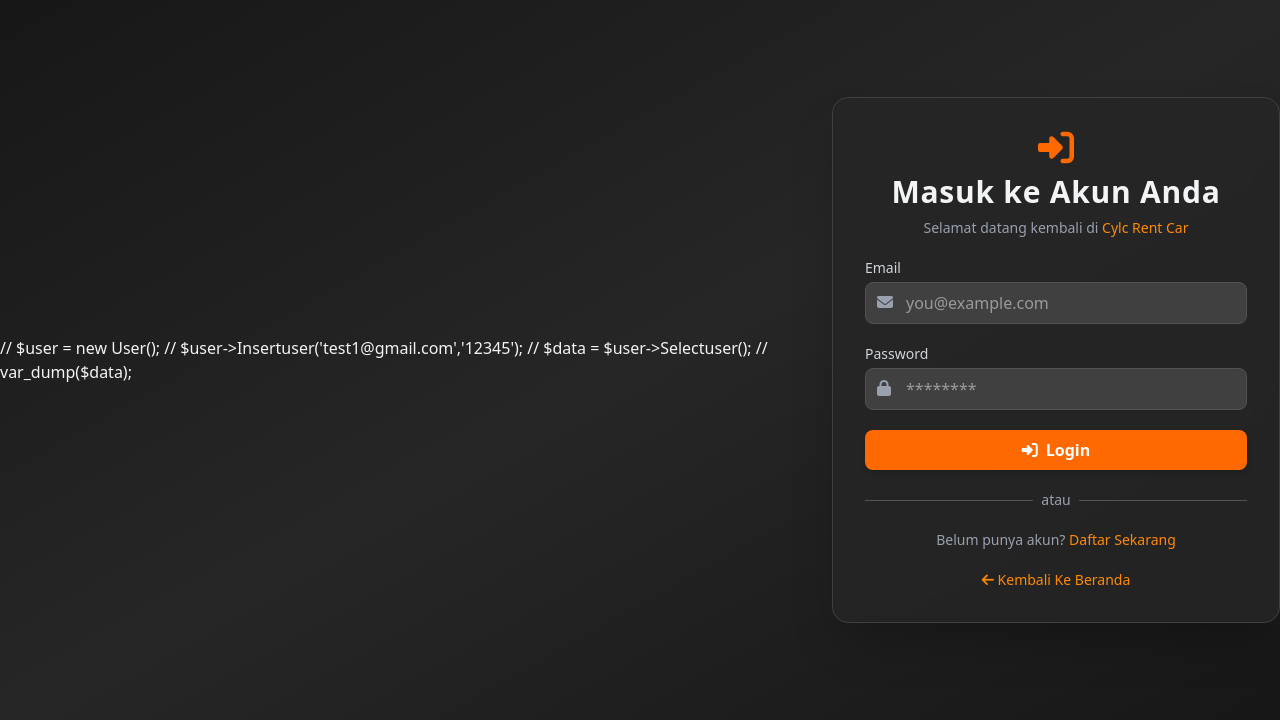
Repository: Fadlan079/FinalProject-RentalMobil
Page: http://localhost/index.php?action=login
An editor plug-in stored every save of this project. The page is shown before and after the next save, followed by the edit.
The browser window is 1280 px wide. The pictures show the whole page.
Some web libraries are served in a nearby version. The page is run by PHP 8.4 with error messages shown; the project is at /var/www/html/. Style sheets and scripts are compiled from the project's sources, by tool versions that may differ from the author's.

Above is the page before, as saved 2025-11-12 22:01:00.

### Public/index.php
<?php
require_once __DIR__ . '/../App/Controllers/auth-controller.php';
require_once __DIR__ . '/../App/Controllers/pelanggan-controller.php';
require_once __DIR__ . '/../App/Controllers/pegawai-controller.php';

$Authcontroller = new AUTHController;
$Pelanggancontroller = new PELANGGANController;
$Pegawaicontroller = new PEGAWAIController;

$action = $_GET['action'] ?? 'index';
$id = $_GET['id'] ?? null;

switch ($action) {

    // AUTHENTICATION
    case 'login':
        $Authcontroller->showlogin();
        break;
    case 'storelogin':
        $Authcontroller->login();
        break;
    case 'signup':
        $Authcontroller->showsignup();
        break;
    case 'storesignup':
        $Authcontroller->signup();
        break;
    case 'logout':
        $Authcontroller->logout();
        break;

    // PELANGGAN
    case 'index':
        $Pelanggancontroller->index();
        break;
    case 'store-profile-pelanggan':
        $Pelanggancontroller->Storeprofile();
        break;
    case 'detail-mobil':
        $Pelanggancontroller->detailmobil($id);
        break;
    case 'store-transaksi':
        $Pelanggancontroller->Storetransaksi();
        break;
    case 'buat-transaksi':
        $Pelanggancontroller->buatTransaksi();
        break;
    case 'riwayat-transaksi':
        $Pelanggancontroller->riwayatTransaksi();
        break;

    //PEGAWAI
    case 'profilePegawai':
    $Pegawaicontroller->showProfile();
    break;

    case 'store-Profile-Pegawai':
        $Pegawaicontroller->storeProfile();
        break;

    case 'dashboardPegawai':
        $Pegawaicontroller->dashboard();
        break;

    case 'listPegawai':
        $Pegawaicontroller->listPegawai();
        break;

    case 'createPegawai':
        $Pegawaicontroller->createPegawai();
        break;

    case 'storePegawai':
        $Pegawaicontroller->storePegawai();
        break;

    case 'editPegawai':
        $Pegawaicontroller->editPegawai();
        break;

    case 'updatePegawai':
        $Pegawaicontroller->updatePegawai();
        break;

    case 'deletePegawai':
        $Pegawaicontroller->deletePegawai();
        break;

        // 404 Not Found
        default:
            http_response_code(404);
            include __DIR__ . '/../App/Views/errors/404.php';
            break;
    }
?>

### App/Models/user.php
<?php
require_once __DIR__ . '/../../Config/Database.php';

class User{
    private $pdo;

    public function __construct(){
        $db = new Database();
        $this->pdo = $db->getConnection();
    }

    public function Insertuser($email,$password,$jk,$role=Null){
        try{
            $hash = Password_hash($password,PASSWORD_DEFAULT);
            if ($role) {
                $sql = "INSERT INTO user (email, password,jk, role) VALUES (:email, :password,:jk, :role)";
                $stmt = $this->pdo->prepare($sql);
                $stmt->bindParam(':role', $role);
            } else {
                $sql = "INSERT INTO user (email, password,jk) VALUES (:email, :password,:jk)";
                $stmt = $this->pdo->prepare($sql);
            }
            $stmt->bindParam(':email',$email);
            $stmt->bindParam(':password',$hash);
            $stmt->bindParam(':jk',$jk);
            return $stmt->execute();
        }catch(PDOException $e){
            die('Gagal Menambahkan Data :' .  $e->getMessage());
        }
    }

    public function Selectuser(){
        try{
            $sql = "SELECT * FROM user";
            $stmt = $this->pdo->query($sql);
            return $stmt->fetchAll(PDO::FETCH_ASSOC);
        }catch(PDOException $e){
            die('Gagal Menampilkan Data :' .  $e->getMessage());
        }
    }

    public function getuserbyemail($email){
        try{
            $sql = "SELECT * FROM user WHERE email = :email";
            $stmt = $this->pdo->prepare($sql);
            $stmt->execute(['email' => $email]);
            return $stmt->fetch(PDO::FETCH_ASSOC);
        }catch(PDOException $e){
            die('Gagal Menampilkan Data :' .  $e->getMessage());
        }
    }

    public function updateUser($id, $email, $password = null, $jk, $role = null) {
    try {
        // Update dengan password baru (jika diisi)
        if ($password) {
            $hash = password_hash($password, PASSWORD_DEFAULT);
            $sql = "UPDATE user
                    SET email = :email, password = :password, jk = :jk, role = :role
                    WHERE id = :id";
            $stmt = $this->pdo->prepare($sql);
            $stmt->bindParam(':password', $hash);
        } else {
            // Jika password tidak diubah
            $sql = "UPDATE user
                    SET email = :email, jk = :jk, role = :role
                    WHERE id = :id";
            $stmt = $this->pdo->prepare($sql);
        }

        $stmt->bindParam(':email', $email);
        $stmt->bindParam(':jk', $jk);
        $stmt->bindParam(':role', $role);
        $stmt->bindParam(':id', $id, PDO::PARAM_INT);

        return $stmt->execute();
    } catch (PDOException $e) {
        die('Gagal Mengupdate Data: ' . $e->getMessage());
    }
}

public function deleteUser($id) {
    try {
        $sql = "DELETE FROM user WHERE id = :id";
        $stmt = $this->pdo->prepare($sql);
        $stmt->bindParam(':id', $id, PDO::PARAM_INT);
        return $stmt->execute();
    } catch (PDOException $e) {
        die('Gagal Menghapus Data: ' . $e->getMessage());
    }
}
}


?>
// $user = new User();
// $user->Insertuser('test1@gmail.com','12345');
// $data = $user->Selectuser();
// var_dump($data);

### Config/Database.php
<?php
class Database {
    public $host = "localhost";
    private $db   = "fp_rentalmobil";
    private $user = "root";
    private $pass = "";
    private $pdo;

    public function __construct() {
        try {
            $dsn = "mysql:host={$this->host};dbname={$this->db}";
            $this->pdo = new PDO($dsn, $this->user, $this->pass);
            $this->pdo->setAttribute(PDO::ATTR_ERRMODE, PDO::ERRMODE_EXCEPTION);
        } catch(PDOException $e) {
            die("Koneksi gagal: " . $e->getMessage());
        }
    }
      public function getConnection() {
        return $this->pdo;
    }
}
?>

### App/Models/pelanggan.php
<?php
require_once __DIR__ . '/../../Config/Database.php';

class Pelanggan{
    private $pdo;

    public function __construct(){
        $db = new Database();
        $this->pdo = $db->getConnection();
    }

    public function Insertpelanggan($id_user,$nama,$nik,$alamat,$kelurahan,$kecamatan,$kota,$kp,$telp,$bio,$pp){
        try{
            $sql = "INSERT INTO pelanggan(id_user,nama,nik,alamat,kelurahan,kecamatan,kota,kp,telp,bio,pp) VALUES(:id_user,:nama,:nik,:alamat,:kelurahan,:kecamatan,:kota,:kp,:telp,:bio,:pp)";
            $stmt = $this->pdo->prepare($sql);
            $stmt->bindParam(':id_user',$id_user);
            $stmt->bindParam(':nama',$nama);
            $stmt->bindParam(':nik',$nik);
            $stmt->bindParam(':alamat',$alamat);
            $stmt->bindParam(':kelurahan',$kelurahan);
            $stmt->bindParam(':kecamatan',$kecamatan);
            $stmt->bindParam(':kota',$kota);
            $stmt->bindParam(':kp',$kp);
            $stmt->bindParam(':telp',$telp);
            $stmt->bindParam(':bio',$bio);
            $stmt->bindParam(':pp',$pp);
            return $stmt->execute();
        }catch(PDOException $e){
            die('Gagal Menambahkan Data :' .  $e->getMessage());
        }
    }

    public function Selectpelanggan(){
        try{
            $sql = "SELECT * FROM pelanggan";
            $stmt = $this->pdo->query($sql);
            return $stmt->fetchAll(PDO::FETCH_ASSOC);
        }catch(PDOException $e){
            die('Gagal Menampilkan Data :' .  $e->getMessage());
        }
    }

    public function getpelangganbyiduser($id_user){
        try{
            $sql = "SELECT * FROM pelanggan WHERE id_user = :id_user";
            $stmt = $this->pdo->prepare($sql);
            $stmt->execute(['id_user'=>$id_user]);
            return $stmt->fetch(PDO::FETCH_ASSOC);
        }catch(PDOException $e){
            die('Gagal Menampilkan Data Dengan ID User :' .  $e->getMessage());
        }
    }

    public function Updatepelanggan($id_user,$nama,$nik,$alamat,$kelurahan,$kecamatan,$kota,$kp,$telp,$bio,$pp){
        try{
            $sql = "UPDATE pelanggan SET nama=:nama,nik=:nik,alamat=:alamat,kelurahan=:kelurahan,kecamatan=:kecamatan,kota=:kota,kp=:kp,telp=:telp,bio=:bio,pp=:pp WHERE id_user=:id_user";
            $stmt = $this->pdo->prepare($sql);
            $stmt->bindParam(':id_user',$id_user);
            $stmt->bindParam(':nama',$nama);
            $stmt->bindParam(':nik',$nik);
            $stmt->bindParam(':alamat',$alamat);
            $stmt->bindParam(':kelurahan',$kelurahan);
            $stmt->bindParam(':kecamatan',$kecamatan);
            $stmt->bindParam(':kota',$kota);
            $stmt->bindParam(':kp',$kp);
            $stmt->bindParam(':telp',$telp);
            $stmt->bindParam(':bio',$bio);
            $stmt->bindParam(':pp',$pp);
            return $stmt->execute();
        }catch(PDOException $e){
            die('Gagal Memperbarui Data :' .  $e->getMessage());
        }
    }

    public function Deletepelanggan($id_pelanggan){
        try{
            $sql = "DELETE FROM pelanggan WHERE id_pelanggan = :id_pelanggan";
            $stmt = $this->pdo->prepare($sql);
            return $stmt->execute(['id_pelanggan' => $id_pelanggan]);
        }catch(PDOException $e){
            die('Gagal Menghapus Data :' .  $e->getMessage());
        }
    }
}

// $pelanggan = new Pelanggan();
// $pelanggan->Insertpelanggan(1,'','','','','','','','','','','');
// $pelanggan->Updatepelanggan(3,1,'Fadlan',1234,'Jl Aw Syahrani','Gunung kelua','Samarinda Ulu','Samarinda',12345,'0822100732928','testing','testing.jpg');
// $pelanggan->Deletepelanggan(2);
// $data = $pelanggan->Selectpelanggan();
// $data = $pelanggan->getpelangganbyiduser(1);
// var_dump($data);
?>

### App/Models/pegawai.php
<?php
require_once __DIR__ . '/../../Config/Database.php';

class Pegawai{
    private $pdo;

    public function __construct(){
        $db = new Database();
        $this->pdo = $db->getConnection();
    }

    public function Insertpegawai($id_user,$nama,$tmpt_lhr,$tgl_lhr,$alamat,$kel,$kec,$kab,$KP,$telp,$bio,$pp){
        try{
            $sql = "INSERT INTO pegawai(id_user,nama,tmpt_lhr,tgl_lhr,alamat,kel,kec,kab,KP,telp,bio,pp) VALUES(:id_user,:nama,:tmpt_lhr,:tgl_lhr,:alamat,:kel,:kec,:kab,:KP,:telp,:bio,:pp)";
            $stmt = $this->pdo->prepare($sql);
            $stmt->bindParam(':id_user',$id_user);
            $stmt->bindParam(':nama',$nama);
            $stmt->bindParam(':tmpt_lhr',$tmpt_lhr);
            $stmt->bindParam(':tgl_lhr',$tgl_lhr);
            $stmt->bindParam(':alamat',$alamat);
            $stmt->bindParam(':kel',$kel);
            $stmt->bindParam(':kec',$kec);
            $stmt->bindParam(':kab',$kab);
            $stmt->bindParam(':KP',$KP);
            $stmt->bindParam(':telp',$telp);
            $stmt->bindParam(':bio',$bio);
            $stmt->bindParam(':pp',$pp);
            return $stmt->execute();
        }catch(PDOException $e){
            die('Gagal Menambahkan Data :' .  $e->getMessage());
        }
    }

    public function Selectpegawai(){
        try{
            $sql = "SELECT * FROM pegawai";
            $stmt = $this->pdo->query($sql);
            return $stmt->fetchAll(PDO::FETCH_ASSOC);
        }catch(PDOException $e){
            die('Gagal Menampilkan Data :' .  $e->getMessage());
        }
    }

    public function getpegawaibyiduser($id_user){
        try{
            $sql = "SELECT * FROM pegawai WHERE id_user = :id_user";
            $stmt = $this->pdo->prepare($sql);
            $stmt->execute(['id_user' => $id_user]);
            return $stmt->fetch(PDO::FETCH_ASSOC);
        }catch(PDOException $e){
            die('Gagal Menampilkan Data Berdasarkan ID User :' .  $e->getMessage());
        }
    }

    public function Updatepegawai($id_user,$nama,$tmpt_lhr,$tgl_lhr,$alamat,$kel,$kec,$kab,$KP,$telp,$bio,$pp){
        try{
            $sql = "UPDATE pegawai SET nama=:nama,tmpt_lhr=:tmpt_lhr,tgl_lhr=:tgl_lhr,alamat=:alamat,kel=:kel,kec=:kec,kab=:kab,KP=:KP,telp=:telp,bio=:bio,pp=:pp WHERE id_user=:id_user";
            $stmt = $this->pdo->prepare($sql);
            $stmt->bindParam(':id_user',$id_user);
            $stmt->bindParam(':nama',$nama);
            $stmt->bindParam(':tmpt_lhr',$tmpt_lhr);
            $stmt->bindParam(':tgl_lhr',$tgl_lhr);
            $stmt->bindParam(':alamat',$alamat);
            $stmt->bindParam(':kel',$kel);
            $stmt->bindParam(':kec',$kec);
            $stmt->bindParam(':kab',$kab);
            $stmt->bindParam(':KP',$KP);
            $stmt->bindParam(':telp',$telp);
            $stmt->bindParam(':bio',$bio);
            $stmt->bindParam(':pp',$pp);
            return $stmt->execute();
        }catch(PDOException $e){
            die('Gagal Memperbarui Data :' .  $e->getMessage());
        }
    }

    public function Deletepegawai($id_pegawai){
        try{
            $sql = "DELETE FROM pegawai WHERE id_pegawai = :id_pegawai";
            $stmt = $this->pdo->prepare($sql);
            return $stmt->execute(['id_pegawai' => $id_pegawai]);
        }catch(PDOException $e){
            die('Gagal Menghapus Data :' .  $e->getMessage());
        }
    }
}

// $pegawai = new Pegawai();
// $pegawai->Insertpegawai(1,'','',Null,'','','','','','','','');
// $pegawai->Updatepegawai(1,2,'Test1','Samarinda','2008-09-11','Jl Tanah Hitam','Gunung kelua','Samarinda Ulu','Samarinda',12346,'0822100732927','','');
// $pegawai->Deletepegawai(2);
// $data = $pegawai->Selectpegawai();
// var_dump($data);
?>

### App/Middleware/middleware.php
<?php
class Middleware{
    public static function requirelogin(){
        if (session_status() === PHP_SESSION_NONE) {
            session_start();
        }

        if (!isset($_SESSION['user'])) {
            header("Location: index.php?action=login");
            exit;
        }
    }

    public static function requireloginOptional(){
        if (session_status() === PHP_SESSION_NONE) {
            session_start();
        }

        return isset($_SESSION['user']);
    }

    public static function requirerole($role){
        self::requirelogin();
        if ($_SESSION['user']['role'] !== $role) {
            header("Location: index.php?action=index");
            exit;
        }
    }
}
?>

### App/Controllers/pegawai-controller.php
<?php
require_once __DIR__ . '/../Models/pegawai.php';
require_once __DIR__ . '/../Middleware/middleware.php';

class PEGAWAIController {
    private $model;

    public function __construct() {
        $this->model = new Pegawai();
    }

    // =====================================================
    // 🏠 LOGIKA DASHBOARD (Hanya arahkan ke view sesuai role)
    // =====================================================
    public function dashboard() {
        Middleware::requirerole(['admin', 'cs']);

        $role = $_SESSION['user']['role'] ?? null;

        if ($role === 'admin') {
            $dataPegawai = $this->model->countPegawai(); // contoh logika tambahan
            $dataAktif = $this->model->countActivePegawai();
            require_once __DIR__ . '/../../App/Views/Pegawai/Admin/dashboard.php';
        } elseif ($role === 'cs') {
            $profile = $this->model->getpegawaibyiduser($_SESSION['user']['id_user']);
            require_once __DIR__ . '/../../App/Views/Pegawai/CS/dashboard.php';
        } else {
            http_response_code(403);
            echo "<h1 style='color:red; text-align:center;'>Akses Ditolak</h1>";
        }
    }

    // ==========================
    // 👤 PROFIL PEGAWAI
    // ==========================
    public function showProfile() {
        Middleware::requirerole(['admin', 'cs']);
        $id_user = $_SESSION['user']['id_user'];
        $data = $this->model->getpegawaibyiduser($id_user);
        require_once __DIR__ . '/../../App/Views/Pegawai/profile-pegawai.php';
    }

    public function storeProfile() {
        Middleware::requirerole(['admin', 'cs']);

        $id_user = $_SESSION['user']['id_user'];
        $dataLama = $this->model->getpegawaibyiduser($id_user);

        if (empty($_POST['nama'])) {
            $_SESSION['error'] = 'Nama tidak boleh kosong!';
            header("Location: index.php?action=profile-pegawai");
            exit;
        }

        $fotoBaru = $dataLama['pp'];
        if (isset($_FILES['pp']) && $_FILES['pp']['error'] === UPLOAD_ERR_OK) {
            $tmpName = $_FILES['pp']['tmp_name'];
            $fileName = basename($_FILES['pp']['name']);
            $fileExt = strtolower(pathinfo($fileName, PATHINFO_EXTENSION));
            $allowed = ['jpg', 'jpeg', 'png', 'webp', 'svg'];

            if (in_array($fileExt, $allowed)) {
                $newName = 'pp_' . uniqid() . '.' . $fileExt;
                $uploadDir = __DIR__ . '/../../Public/uploads/';
                $uploadPath = $uploadDir . $newName;

                if (move_uploaded_file($tmpName, $uploadPath)) {
                    if (!empty($dataLama['pp']) && $dataLama['pp'] !== 'default.svg') {
                        $oldPath = $uploadDir . $dataLama['pp'];
                        if (file_exists($oldPath)) unlink($oldPath);
                    }
                    $fotoBaru = $newName;
                }
            }
        }

        $this->model->Updatepegawai(
            $id_user,
            $_POST['nama'],
            $_POST['tmpt_lhr'],
            !empty($_POST['tgl_lhr']) ? $_POST['tgl_lhr'] : null,
            $_POST['alamat'],
            $_POST['kelurahan'],
            $_POST['kecamatan'],
            $_POST['kabupaten'],
            $_POST['kp'],
            $_POST['telp'],
            $_POST['bio'],
            $fotoBaru
        );

        $_SESSION['success'] = 'Profil berhasil diperbarui.';
        header("Location: index.php?action=profile-pegawai");
        exit;
    }

    // ==========================
    // 🧾 CRUD PEGAWAI (Admin)
    // ==========================
    public function listPegawai()
{
        // Middleware::requireRole(['admin']); // hanya admin boleh lihat

        $pegawaiModel = new Pegawai(); // panggil model
        $pegawaiList = $this->model->getAllPegawai();  // ambil semua data pegawai
         require_once __DIR__ . '/../../App/Views/components/Pegawai/Admin/user-select.php';
}


    public function createPegawai() {
        // Middleware::requirerole(['admin']);
        if ($_SERVER['REQUEST_METHOD'] === 'POST') {
            $this->model->insertpegawai($_POST['nama'], $_POST['kelas']);
            header("Location: index.php");
        }

        require_once __DIR__ . '/../../App/Views/components/Pegawai/Admin/createuser.php';
    }

    public function storePegawai() {
        // Middleware::requirerole(['admin']);

        $username = trim($_POST['email']);
        $password = trim($_POST['password']);
        $role = trim($_POST['role']);

        if (empty($email) || empty($password) || empty($role)) {
            $_SESSION['error'] = 'Semua field wajib diisi!';
            header("Location: index.php?action=createPegawai");
            exit;
        }

        $hashed = password_hash($password, PASSWORD_DEFAULT);
        $this->model->Insertpegawai($email, $hashed, $role);

        $_SESSION['success'] = 'Pegawai berhasil ditambahkan.';
        header("Location: index.php?action=listPegawai");
        exit;
    }

    public function editPegawai() {
        // Middleware::requirerole(['admin']);
        $id = $_GET['id'] ?? null;
        $data = $this->model->getpegawaibyiduser($id);
        require_once __DIR__ . '/../../App/Views/Pegawai/Admin/pegawai-update.php';
    }

    public function updatePegawai() {
        // Middleware::requirerole(['admin']);

        $id = $_POST['id_user'];
        $username = trim($_POST['email']);
        $role = trim($_POST['role']);
        $password = !empty($_POST['password']) ? password_hash($_POST['password'], PASSWORD_DEFAULT) : null;

        $this->model->updatePegawai($id,$email, $role, $password);
        $_SESSION['success'] = 'Data pegawai berhasil diperbarui.';
        header("Location: index.php?action=listPegawai");
        exit;
    }

    public function deletePegawai() {
        // Middleware::requirerole(['admin']);
        $id = $_GET['id'] ?? null;
        $this->model->Deletepegawai($id);
        $_SESSION['success'] = 'Pegawai berhasil dihapus.';
        header("Location: index.php?action=listPegawai");
        exit;
    }
}
?>

### App/Views/Auth/login.php
<?php if (isset($_SESSION['error'])): ?>
  <div class="bg-red-600 text-white p-2 rounded mb-3 text-center">
    <?= $_SESSION['error']; ?>
  </div>
  <?php unset($_SESSION['error']); ?>
<?php endif; ?>

<?php if (isset($_SESSION['success'])): ?>
  <div class="bg-green-600 text-white p-2 rounded mb-3 text-center">
    <?= $_SESSION['success']; ?>
  </div>
  <?php unset($_SESSION['success']); ?>
<?php endif; ?>

<!DOCTYPE html>
<html lang="id">
<head>
  <meta charset="UTF-8">
  <meta name="viewport" content="width=device-width, initial-scale=1.0">
  <title>Login - Cylc Rent Car</title>
  <link rel="stylesheet" href="output.css">
  <link rel="stylesheet" href="https://cdnjs.cloudflare.com/ajax/libs/font-awesome/6.6.0/css/all.min.css">
</head>
<body class="min-h-screen bg-gradient-to-br from-neutral-900 via-neutral-800 to-neutral-900 flex items-center justify-center text-gray-100">

  <form action="index.php?action=storelogin" method="post"
        class="w-full max-w-md p-8 rounded-2xl bg-neutral-800/80 backdrop-blur-md shadow-2xl space-y-5 border border-neutral-700">

    <div class="text-center space-y-2">
      <i class="fa-solid fa-right-to-bracket text-4xl text-orange-500"></i>
      <h2 class="text-3xl font-bold tracking-wide">Masuk ke Akun Anda</h2>
      <p class="text-sm text-gray-400">Selamat datang kembali di <span class="text-orange-400 font-medium">Cylc Rent Car</span></p>
    </div>

    <div>
      <label class="block mb-1 text-sm font-medium text-gray-300">Email</label>
      <div class="relative">
        <i class="fa-solid fa-envelope absolute left-3 top-3 text-gray-400"></i>
        <input name="email" type="email" placeholder="you@example.com" required
               class="w-full pl-10 pr-3 py-2 rounded-lg bg-neutral-700 border border-neutral-600 text-gray-100 focus:outline-none focus:ring-2 focus:ring-orange-500 transition">
      </div>
    </div>

    <div>
      <label class="block mb-1 text-sm font-medium text-gray-300">Password</label>
      <div class="relative">
        <i class="fa-solid fa-lock absolute left-3 top-3 text-gray-400"></i>
        <input name="password" type="password" placeholder="********" required
               class="w-full pl-10 pr-3 py-2 rounded-lg bg-neutral-700 border border-neutral-600 text-gray-100 focus:outline-none focus:ring-2 focus:ring-orange-500 transition">
      </div>
    </div>

    <button type="submit"
            class="w-full flex items-center justify-center gap-2 bg-orange-500 hover:bg-orange-600 text-white font-semibold py-2 rounded-lg shadow-md transition duration-300">
      <i class="fa-solid fa-right-to-bracket"></i> Login
    </button>

    <div class="flex items-center gap-2">
      <hr class="flex-grow border-neutral-600">
      <span class="text-gray-400 text-sm">atau</span>
      <hr class="flex-grow border-neutral-600">
    </div>

    <p class="text-center text-sm text-gray-400">
      Belum punya akun?
      <a href="index.php?action=signup"
         class="text-orange-400 hover:text-orange-300 font-medium transition">
         Daftar Sekarang
      </a>
    </p>

      <a href="index.php?action=index"
         class="block text-orange-400 hover:text-orange-300 text-center text-sm font-medium transition">
         <i class="fa-solid fa-arrow-left"></i> Kembali Ke Beranda
      </a>
  </form>

</body>
</html>

Loaded but not shown: src/input.css (common file); App/Models/mobil.php (327 lines, source omitted); App/Controllers/pelanggan-controller.php (263 lines, source omitted); App/Models/transaksi.php (141 lines, source omitted); App/Controllers/auth-controller.php (113 lines, source omitted)

After the next save:
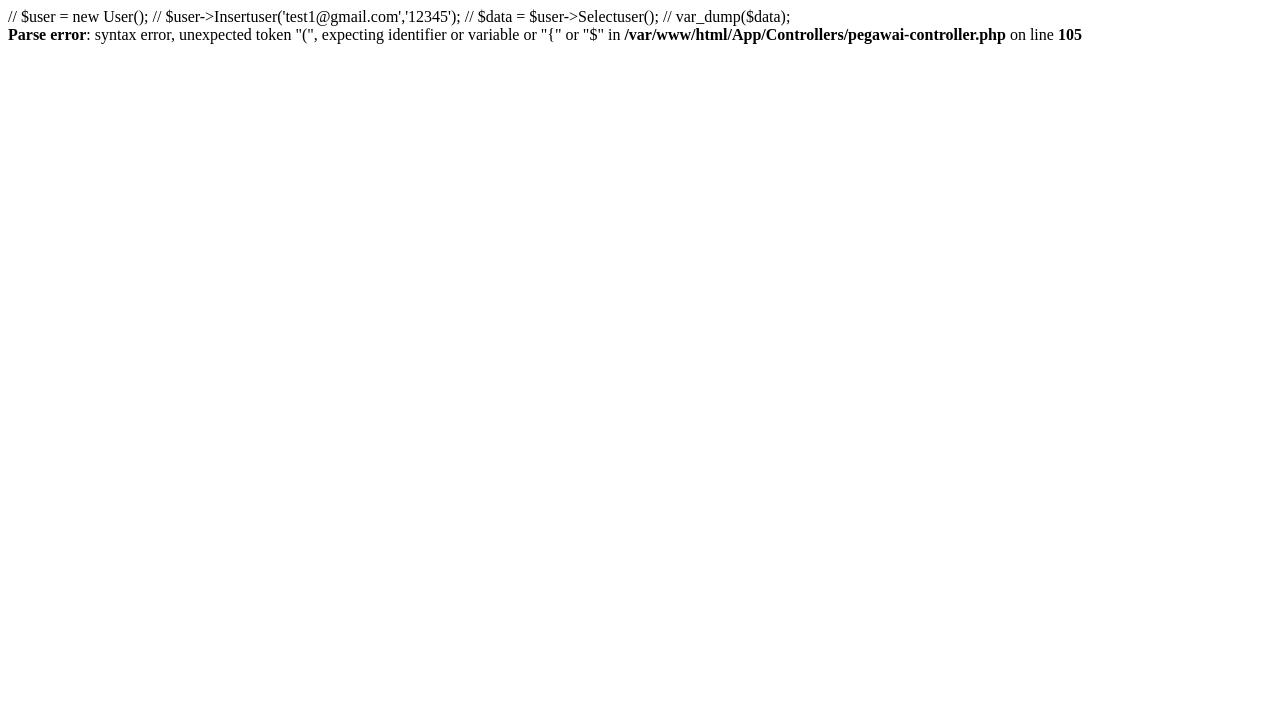
Saved 102 s later.
--- a/App/Controllers/pegawai-controller.php
+++ b/App/Controllers/pegawai-controller.php
@@ -102,7 +102,7 @@ class PEGAWAIController {
         // Middleware::requireRole(['admin']); // hanya admin boleh lihat
 
         $pegawaiModel = new Pegawai(); // panggil model
-        $pegawaiList = $this->model->getAllPegawai();  // ambil semua data pegawai
+        $pegawaiList = $this->model->();  // ambil semua data pegawai
          require_once __DIR__ . '/../../App/Views/components/Pegawai/Admin/user-select.php';
 }
 
